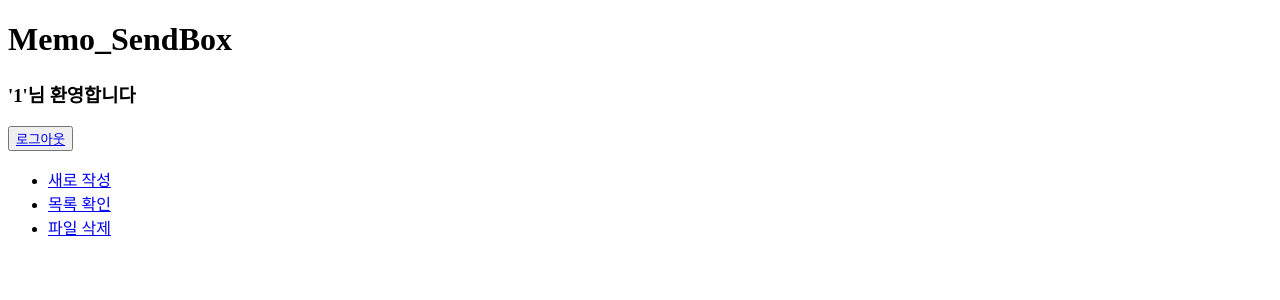
Repository: Rysdne/01_Java
Page: http://localhost/WildcatTest/
An editor plug-in stored every save of this project. The page is shown before and after the next save, followed by the edit.
The browser window is 1280 px wide. The pictures show the whole page.
The page is served by Tomcat 9. The session is filled in as if someone had signed in: {"id": 1}. Queries for data that is not in the repository find no rows.

Above is the page before, as saved 2022-07-14 08:18:04.

### WildcatTest/src/main/webapp/index.jsp
<%@ page language="java" contentType="text/html; charset=UTF-8"
	pageEncoding="UTF-8"%>
<%@ page import="java.sql.*"%>
<!DOCTYPE html>
<html>
<head>
<meta charset="UTF-8">
<title>Insert title here</title>
</head>
<body>
	<%
	if (session.getAttribute("id") != null) {

		Class.forName("oracle.jdbc.driver.OracleDriver");
		Connection conn = DriverManager.getConnection("jdbc:oracle:thin:@localhost:1521:xe", "rysdne", "3882");
		PreparedStatement pstmt;

		String sql = "select table_name from all_tables where table_name='WILDCATTEST'";
		pstmt = conn.prepareStatement(sql);
		ResultSet ex = pstmt.executeQuery();
		if (!ex.next()) {
			sql = "create table WildcatTest(idx number(14) primary key, id varchar2(50) not null, title varchar2(100) unique not null, cdate varchar2(10) not null, ctime varchar2(8) not null)";
			pstmt = conn.prepareStatement(sql);
			ResultSet rs = pstmt.executeQuery();

			System.out.println("WildcatTest 생성");
		} else {
		}

		pstmt.close();
		conn.close();
	%>
	<h1>Memo_SendBox</h1>
	<h3>'<%=session.getAttribute("id")%>'님 환영합니다</h3>
	<button><a href="/WildcatTest/login/logout.jsp">로그아웃</a></button>
	<ul>
		<li><a href="/WildcatTest/io/create.jsp">새로 작성</a></li>
		<li><a href="/WildcatTest/list/listAll.jsp">목록 확인</a></li>
		<li><a href="/WildcatTest/io/delete.jsp">파일 삭제</a></li>
	</ul>
	<%
	} else {
	response.sendRedirect("login/login.jsp");
	}
	%>
</body>
</html>

After the next save:
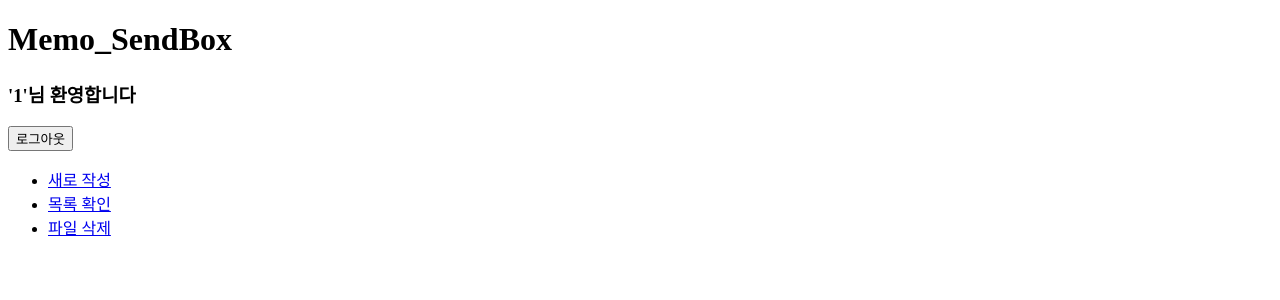
Saved 2 min 2 s later.
--- a/WildcatTest/src/main/webapp/index.jsp
+++ b/WildcatTest/src/main/webapp/index.jsp
@@ -32,7 +32,7 @@
 	%>
 	<h1>Memo_SendBox</h1>
 	<h3>'<%=session.getAttribute("id")%>'님 환영합니다</h3>
-	<button><a href="/WildcatTest/login/logout.jsp">로그아웃</a></button>
+	<button onclick='location.href="/WildcatTest/login/logout.jsp"'>로그아웃</button>
 	<ul>
 		<li><a href="/WildcatTest/io/create.jsp">새로 작성</a></li>
 		<li><a href="/WildcatTest/list/listAll.jsp">목록 확인</a></li>
